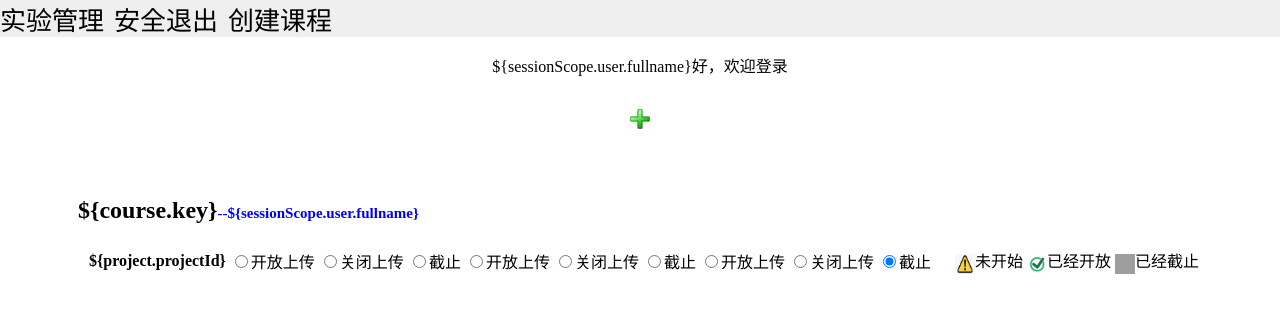
Repository: IAmJiangWenHao/ReportServer
Page: web/demo.html
An editor plug-in stored every save of this project. The page is shown before and after the next save, followed by the edit.
The browser window is 1280 px wide. The pictures show the whole page.
Pictures or frames that could not be fetched are drawn as grey boxes.

Above is the page before, as saved 2023-05-19 18:01:02.
Console error: ReferenceError: requests is not defined

After the next save:
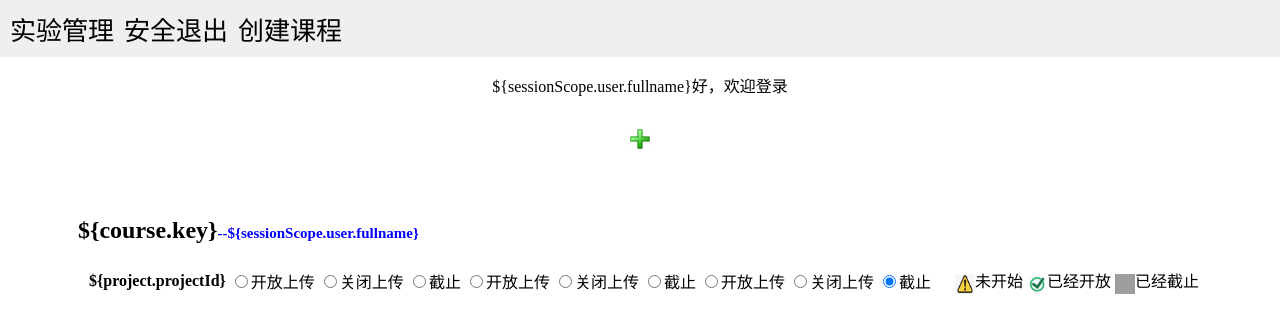
Saved 23 s later.
--- a/web/demo.html
+++ b/web/demo.html
@@ -199,7 +199,7 @@
        };
     </script>
     <div >
-      <div style="display:flex;font-size: 26px; background-color: buttonface;"><div style="margin-right: 10px;" color="black"> 实验管理</div>
+      <div style="display:flex;font-size: 26px;padding: 10px; background-color: buttonface;"><div style="margin-right: 10px;" color="black"> 实验管理</div>
         <div style="margin-right: 10px;"><a style="color: black;text-decoration:none;" href="exit.jsp">安全退出</a></div>
         <div style="margin-right: 10px;" onclick="createCourse()">创建课程</div></div>
 <div style="display: flex;flex-direction:column;align-items:center">
